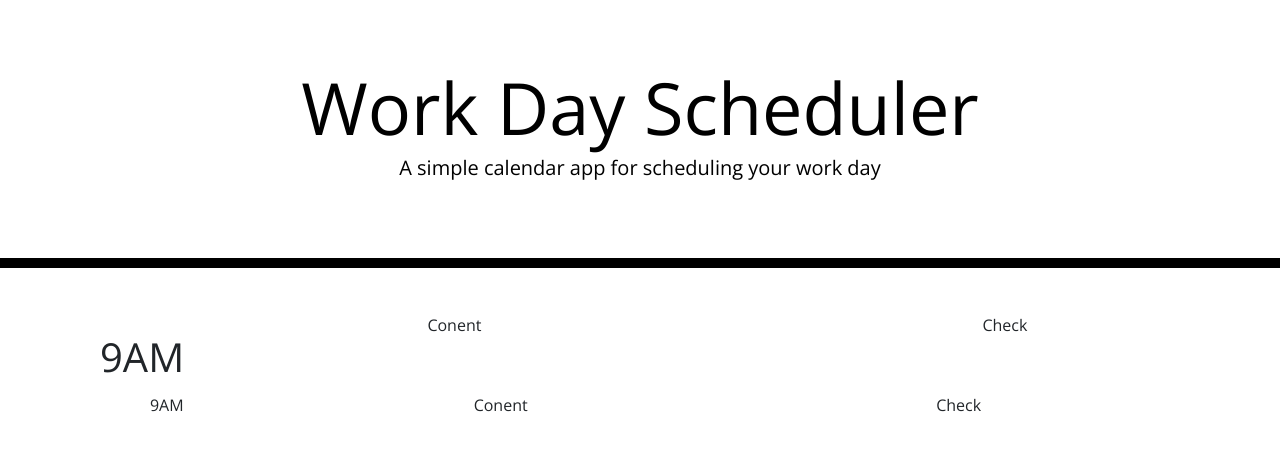
Repository: Mf948/DailyPlannerJS
Page: Develop/index.html
An editor plug-in stored every save of this project. The page is shown before and after a run of saves, followed by the edit.
The browser window is 1280 px wide. The pictures show the whole page.
Some web libraries are served in a nearby version.

Above is the page before, as saved 2020-12-09 16:28:38.

### Develop/index.html
<!DOCTYPE html>
<html lang="en">
  <head>
    <meta charset="UTF-8" />
    <meta name="viewport" content="width=device-width, initial-scale=1.0" />
    <meta http-equiv="X-UA-Compatible" content="ie=edge" />
    <link
      rel="stylesheet"
      href="https://stackpath.bootstrapcdn.com/bootstrap/4.3.1/css/bootstrap.min.css"
    />
    <link
      rel="stylesheet"
      href="https://use.fontawesome.com/releases/v5.8.1/css/all.css"
      integrity="sha384-50oBUHEmvpQ+1lW4y57PTFmhCaXp0ML5d60M1M7uH2+nqUivzIebhndOJK28anvf"
      crossorigin="anonymous"
    />
    <link
      href="https://fonts.googleapis.com/css?family=Open+Sans&display=swap"
      rel="stylesheet"
    />
    <link rel="stylesheet" href="style.css" />
    <script src = "Java.js"></script>
    <title>Work Day Scheduler</title>
  </head>

  <body>
    <header class="jumbotron">
      <h1 class="display-3">Work Day Scheduler</h1>
      <p class="lead">A simple calendar app for scheduling your work day</p>
      <p id="currentDay" class="lead"></p>
    </header>
    <div class="container">
      <!-- Timeblocks go here -->
      <div class="container">
        <div class="row">
          <div class="col">
            <h1>9AM</h1>
          </div>
          <div class="col-6">
            Conent
          </div>
          <div class="col">
            Check
          </div>
        </div>
        <div class="row">
          <div class="col">
            9AM
          </div>
          <div class="col-5">
            Conent
          </div>
          <div class="col">
            Check
          </div>
        </div>
      </div>

</table>
    </div>
    <script src="https://unpkg.com/dayjs@1.8.21/dayjs.min.js"></script>
    <script src="https://cdnjs.cloudflare.com/ajax/libs/jquery/3.2.1/jquery.min.js"></script>
    <script src="https://cdnjs.cloudflare.com/ajax/libs/moment.js/2.24.0/moment.min.js"></script>
  </body>
</html>

### Develop/style.css
body {
  font-family: 'Open Sans', sans-serif;
  font-size: 16px;
  line-height: 1;
}

textarea{
  background: transparent;
  border: none;
  resize: none;
  color: #000000;
  border-left: 1px solid black;
  padding: 10px;
}

.jumbotron {
  text-align: center;
  background-color: transparent;
  color: black;
  border-radius: 0;
  border-bottom: 10px solid black;
}

.description{
  white-space: pre-wrap;
}

.time-block{
  text-align: center;
  border-radius: 15px;
}

.row {
  white-space: pre-wrap;
  height: 80px;
  border-top: 1px solid white;;
}

.hour {
  background-color: #ffffff;
  color: #000000;
  border-top: 1px dashed #000000;
}

.past {
  background-color: #d3d3d3;
  color: white;
}

.present {
  background-color: #ff6961;
  color: white;
}

.future {
  background-color: #77dd77;
  color: white;
}

.saveBtn {
  border-left: 1px solid black;
  border-top-right-radius: 15px;
  border-bottom-right-radius: 15px;
  background-color: #06AED5;
  color: white;
}

.saveBtn i:hover {
  font-size: 20px;
  transition: all .3s ease-in-out;
}

### Develop/Java.js
console.log("hello")

let hour = 5

After the next 3 saves:
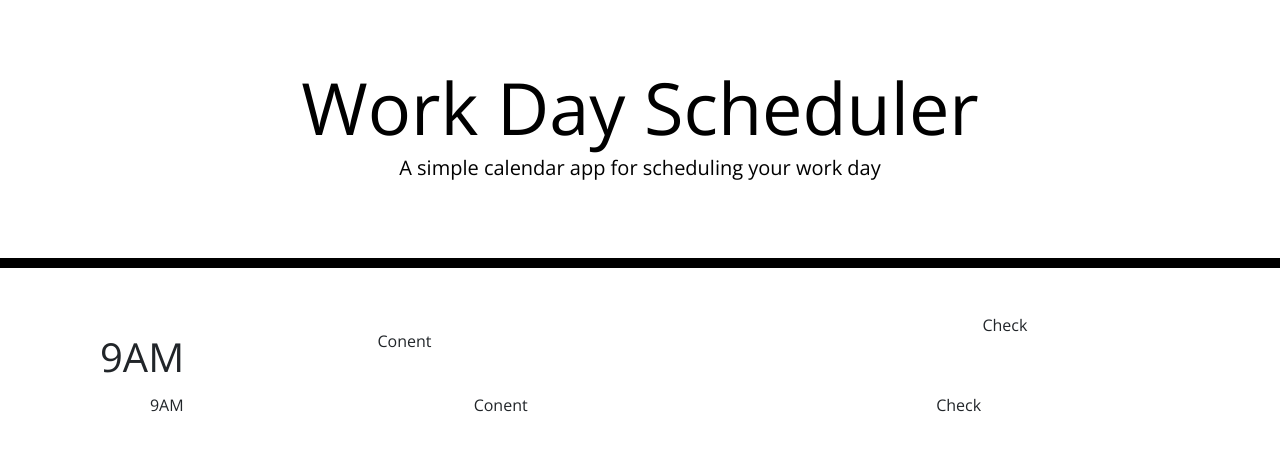
The 3 saves are shown as one change because they came seconds apart.
The last was saved 11 s later.
--- a/Develop/index.html
+++ b/Develop/index.html
@@ -37,7 +37,7 @@
             <h1>9AM</h1>
           </div>
           <div class="col-6">
-            Conent
+            <div class="1"></div>Conent
           </div>
           <div class="col">
             Check
